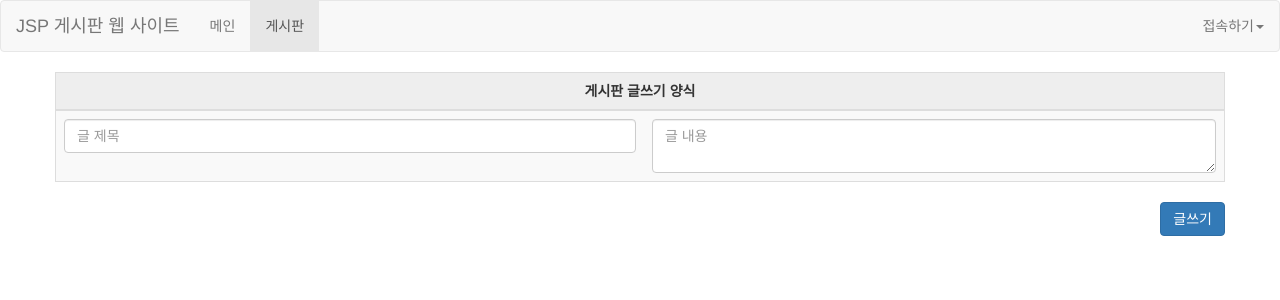
Repository: winter9388/JSP_BBS
Page: http://localhost/BBS/퍋ㅈ.jsp
The author's editor kept a copy of each file at every save. The page is drawn from the files as they stood at one save, then again after the next save.
The browser window is 1280 px wide. The pictures show the whole page.
Some web libraries are served in a nearby version. The page is served by Tomcat 9.

Above is the page before, as saved 2022-08-12 12:22:10.

After the next save:
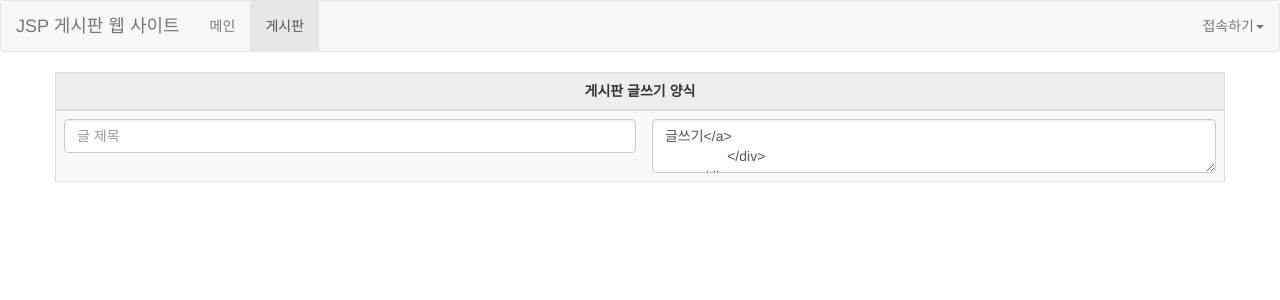
Saved 24 s later.
--- a/BBS/src/main/webapp/퍋ㅈ.jsp
+++ b/BBS/src/main/webapp/퍋ㅈ.jsp
@@ -79,7 +79,7 @@
 				<tbody>
 					<tr>
 						<td><input type="text" class="form-control" placeholder="글 제목" name="bbsTitle" maxlength="50"></td>
-						<td><textarea type="text" class="form-control" placeholder="글 내용" name="bbsContent" maxlength="2048"></textarea></td>
+						<td><textarea type="text" class="form-control" placeholder="글 내용" name="bbsContent" maxlength="2048" style="height: 350px></textarea></td>
 					</tr>
 				</tbody>
 			</table>
